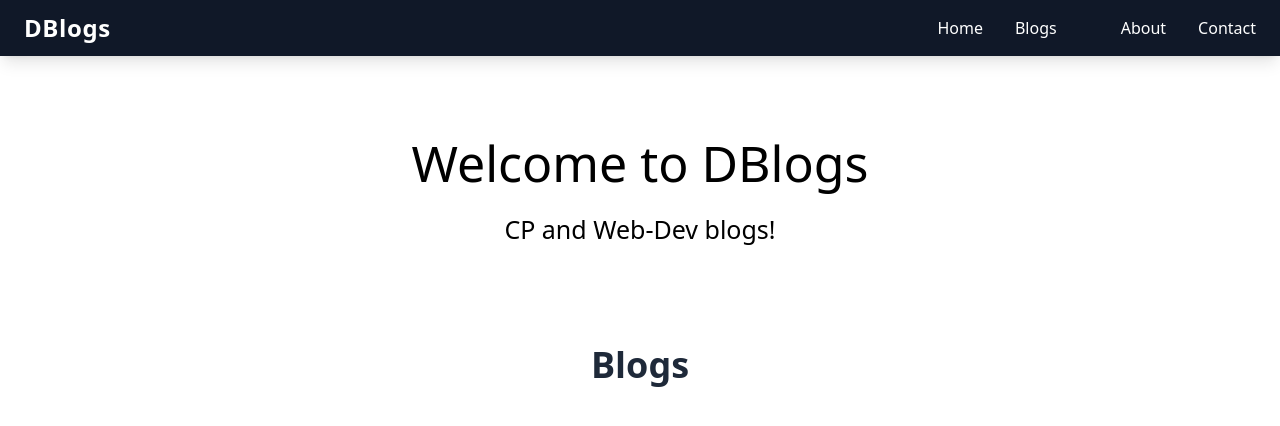
Repository: Devanshk9/DBlogs
Page: / (app in client/)
The author's editor kept a copy of each file at every save. The page is drawn from the files as they stood at one save, then again after a run of saves.
The browser window is 1280 px wide. The pictures show the whole page.
The page's requests for data from a server got no answer. The project was rebuilt for these pictures with package versions that can differ from the ones it lists, and the page was loaded fresh each time. No one was signed in, and anything a server would have sent is missing. Also part of the build but not shown: client/vite.config.js, client/src/pages/BlogPage.jsx, client/src/pages/WriterPage.jsx, client/src/pages/About.jsx, client/src/pages/Contact.jsx, client/src/pages/SignUp.jsx, client/src/pages/VerifyOtp.jsx, client/src/pages/Login.jsx.

Above is the page before, as saved 2025-09-01 22:06:00.

### client/src/App.jsx
import React from "react";
import {
  createBrowserRouter,
  createRoutesFromElements,
  Route,
  RouterProvider,
} from "react-router-dom";
import Blogs from "./pages/Blogs";
// import Writers from "./pages/Writers";
import Home from "./pages/Home"; // ✅ your Home page
import Layout from "./layout/Layout";
import BlogPage from "./pages/BlogPage";
import WriterPage from "./pages/WriterPage";
import About from "./pages/About";
import Contact from "./pages/Contact";
import Login from "./pages/SignUp";
import VerifyOtp from "./pages/VerifyOtp";
import Signup from "./pages/Login";

const router = createBrowserRouter(
  createRoutesFromElements(
    <Route element={<Layout />}>
      <Route path="/" element={<Home />} />
      <Route path="blogs" element={<Blogs />} />
      {/* <Route path="writers" element={<Writers />} /> */}
      <Route path="contact" element={<Contact />} />
      <Route path="about" element={<About />} />
      <Route path="login" element={<Login />} />
      <Route path="signup" element={<Signup />} />
      <Route path="verify" element={<VerifyOtp />} />
      <Route path="blogs/:id" element={<BlogPage />} />
      <Route path="writers/:id" element={<WriterPage />} />
    </Route>
  )
);

const App = () => {
  return (
    <React.StrictMode>
      <RouterProvider router={router} />
    </React.StrictMode>
  );
};

export default App;

### client/src/pages/Blogs.jsx
import { useEffect, useState } from "react";
import { Link } from "react-router-dom";
import { FiExternalLink } from "react-icons/fi";
import { LiaExternalLinkAltSolid } from "react-icons/lia";

// import Navbar from "../components/Navbar";

function Blogs() {
  const [blogs, setBlogs] = useState([]);

  useEffect(() => {
    fetch("http://localhost:5001/api/blogs") // backend
      .then((res) => res.json())
      .then((data) => setBlogs(data))
      .catch((err) => console.error(err));
  }, []);

  return (
    <>
      {/* <Navbar /> */}
      <div className="flex flex-col items-center px-6">
        <h1 className="text-4xl font-bold mt-24 mb-8 text-gray-800">Blogs</h1>

        <div className="grid grid-cols-1 md:grid-cols-2 lg:grid-cols-3 gap-8 w-full max-w-6xl">
          {blogs.map((b) => (
            <div
              key={b.blog_id}
              className="bg-white rounded-2xl shadow-lg p-6 hover:shadow-2xl transition-shadow duration-300 border border-gray-200"
            >
              <div className="flex flex-row items-center justify-between w-full">
  <h2 className="text-2xl font-semibold text-gray-900 mb-3">
    {b.title}
  </h2>
  <Link
    to={`/blogs/${b.blog_id}`}
    className="hover:underline text-gray-600 hover:text-gray-900"
  >
    <FiExternalLink />
  </Link>
</div>

              <p className="text-gray-600 mb-4 leading-relaxed line-clamp-3">
                {b.content}
              </p>
              <div className="flex items-center justify-between text-sm text-gray-500">
                <Link
                    to={`/writers/${b.user_id}`}
                    className="hover:underline text-gray-600 hover:text-gray-900"
                  > <span>By {b.username}</span></Link >
                <span className="italic">
                  {new Date().toLocaleDateString()}
                </span>
              </div>
            </div>
          ))}
        </div>
      </div>
    </>
  );
}

export default Blogs;

### client/src/pages/Home.jsx
import { Outlet, Link } from "react-router-dom";
// import Navbar from "../components/Navbar";
import Blogs from "./Blogs";

function Home() {
  return (
    <div>
      {/* <nav>
        <Link to="/blogs">Blogs</Link> |{" "}
        <Link to="/writers">Writers</Link>

      </nav> */}

      {/* <Navbar /> */}
      <div className="flex flex-col items-center">
        <h1 className="mt-[70px] text-[50px]">Welcome to DBlogs</h1>
        <h1 className="mt-[10px] font-light text-[25px]">CP and Web-Dev blogs!</h1>
        <Blogs />
      </div>
    </div>
  );
}

export default Home;

### client/src/layout/Layout.jsx
import Navbar from "../components/Navbar";
import { Outlet } from "react-router-dom";

function Layout() {
  return (
    <>
      <Navbar />
      <Outlet /> {/* nested routes will render here */}
    </>
  );
}

export default Layout;

### client/src/components/Navbar.jsx
import React, { useState } from "react";
import { Link } from "react-router-dom";
import { Menu, X } from "lucide-react"; // icons

const Navbar = () => {
  const [isOpen, setIsOpen] = useState(false);

  return (
    <nav className="bg-gray-900 text-white shadow-lg">
      <div className="container mx-auto px-6 py-3 flex justify-between items-center">
        {/* Logo */}
        <h1 className="text-2xl font-bold tracking-wide cursor-pointer">
          DBlogs
        </h1>

        {/* Desktop Menu */}
        <ul className="hidden md:flex space-x-8 font-medium">
          <li>
            <Link
              to="/"
              className="hover:text-yellow-400 transition-colors duration-200"
            >
              Home
            </Link>
          </li>
          <li>
            <Link
              to="/blogs"
              className="hover:text-yellow-400 transition-colors duration-200"
            >
              Blogs
            </Link>
          </li>
          <li>
            {/* <Link
              to="/writers"
              className="hover:text-yellow-400 transition-colors duration-200"
            >
              Writers
            </Link> */}
          </li>
          <li>
            <Link
              to="/about"
              className="hover:text-yellow-400 transition-colors duration-200"
            >
              About
            </Link>
          </li>
          <li>
            <Link
              to="/contact"
              className="hover:text-yellow-400 transition-colors duration-200"
            >
              Contact
            </Link>
          </li>
        </ul>

        {/* Mobile Menu Button */}
        <button
          onClick={() => setIsOpen(!isOpen)}
          className="md:hidden focus:outline-none"
        >
          {isOpen ? <X size={28} /> : <Menu size={28} />}
        </button>
      </div>

      {/* Mobile Dropdown */}
      {isOpen && (
        <div className="md:hidden bg-gray-800">
          <ul className="flex flex-col items-center space-y-4 py-4 font-medium">
            <li>
              <Link
                to="/"
                className="hover:text-yellow-400 transition-colors duration-200"
                onClick={() => setIsOpen(false)}
              >
                Home
              </Link>
            </li>
            <li>
              <Link
                to="/blogs"
                className="hover:text-yellow-400 transition-colors duration-200"
                onClick={() => setIsOpen(false)}
              >
                Blogs
              </Link>
            </li>
            <li>
              <Link
                to="/writers"
                className="hover:text-yellow-400 transition-colors duration-200"
                onClick={() => setIsOpen(false)}
              >
                Writers
              </Link>
            </li>
            <li>
              <Link
                to="/about"
                className="hover:text-yellow-400 transition-colors duration-200"
                onClick={() => setIsOpen(false)}
              >
                About
              </Link>
            </li>
            <li>
              <Link
                to="/contact"
                className="hover:text-yellow-400 transition-colors duration-200"
                onClick={() => setIsOpen(false)}
              >
                Contact
              </Link>
            </li>
          </ul>
        </div>
      )}
    </nav>
  );
};

export default Navbar;

Loaded but not shown: client/index.html (common file); client/src/main.jsx (common file); client/src/index.css (common file)

After the next 2 saves:
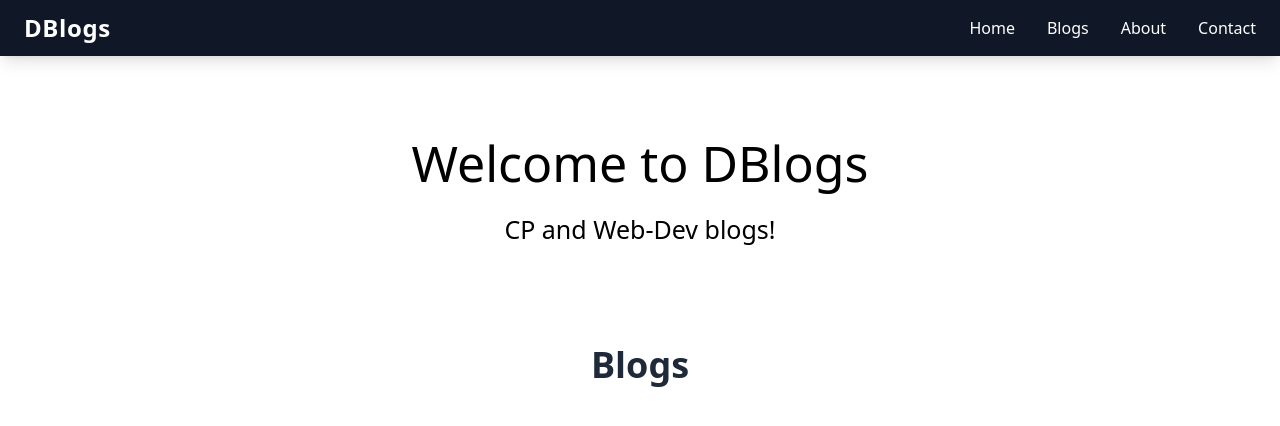
The 2 saves are shown as one change because 1 did not build or start.
The last was saved 21 s later.
--- a/client/src/components/Navbar.jsx
+++ b/client/src/components/Navbar.jsx
@@ -31,14 +31,14 @@
               Blogs
             </Link>
           </li>
-          <li>
-            {/* <Link
+          {/* <li>
+            <Link
               to="/writers"
               className="hover:text-yellow-400 transition-colors duration-200"
             >
               Writers
-            </Link> */}
-          </li>
+            </Link>
+          </li> */}
           <li>
             <Link
               to="/about"
